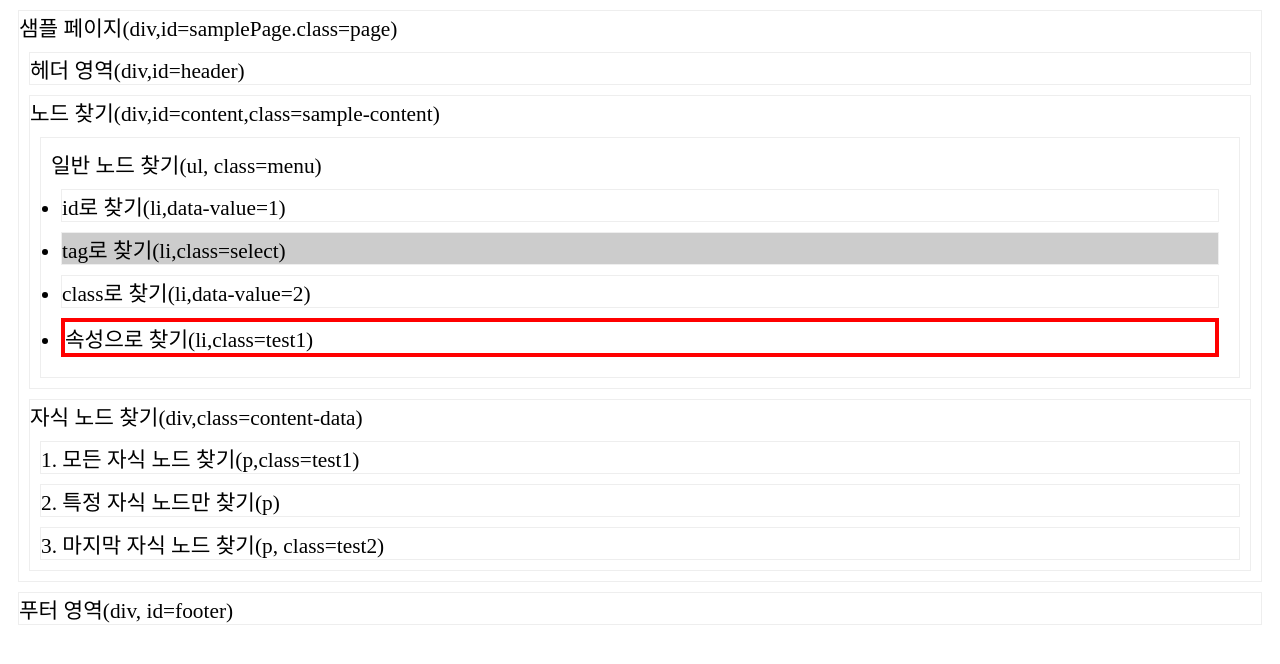
Repository: swc0516s/EZEN-JS
Page: JavaScript Workspace Lecture/JavaScript_jQuery_03/WebContent/Chapter02/2_11.html
The author's editor kept a copy of each file at every save. The page is drawn from the files as they stood at one save, then again after the next save.
The browser window is 1280 px wide. The pictures show the whole page.

Above is the page before, as saved 2022-03-17 08:12:54.

After the next save:
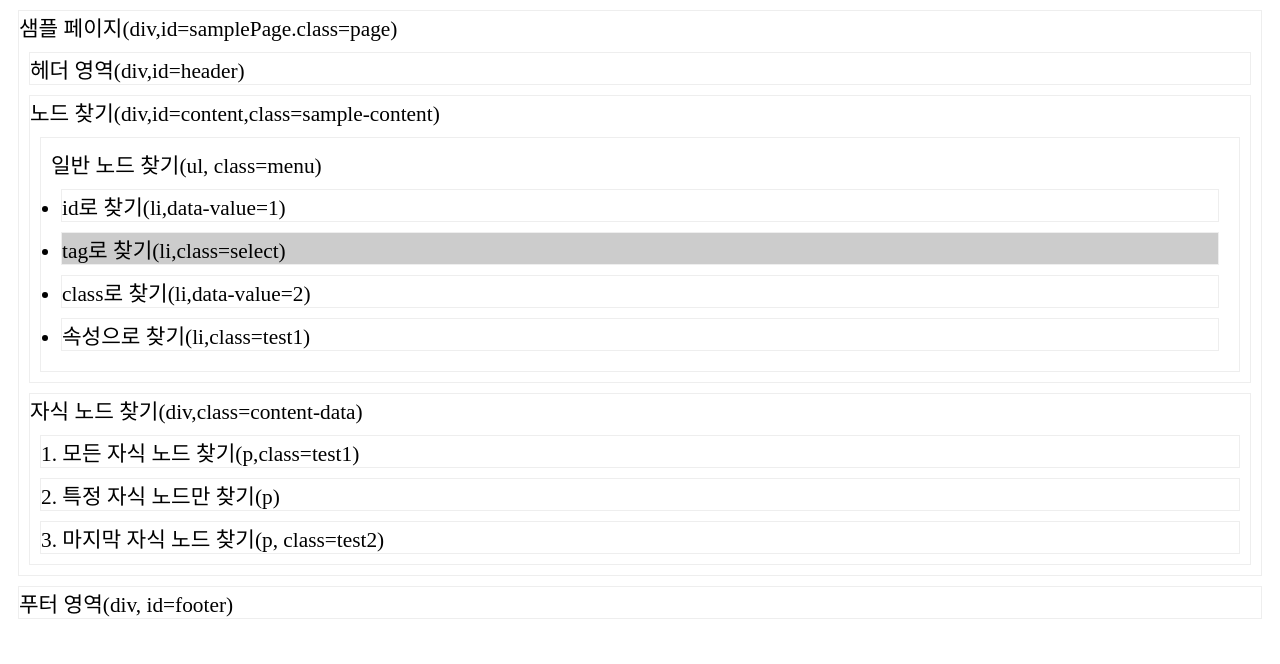
Console error: TypeError: content.find is not a function
Saved 10 s later.
--- a/JavaScript Workspace Lecture/JavaScript_jQuery_03/WebContent/Chapter02/2_11.html
+++ b/JavaScript Workspace Lecture/JavaScript_jQuery_03/WebContent/Chapter02/2_11.html
@@ -27,7 +27,7 @@ li.select {
 	// 메뉴 항목(ul.menu li)클릭한 노드가 몇 번째 노드인지 index 값을 출력
 	// click(),index()
 	$(document).ready(function() {
-		var content = $("#content");
+		var menu = $("ul.menu li");
 		content.find(".test1").css("border", "4px solid #f00");
 
 	});
